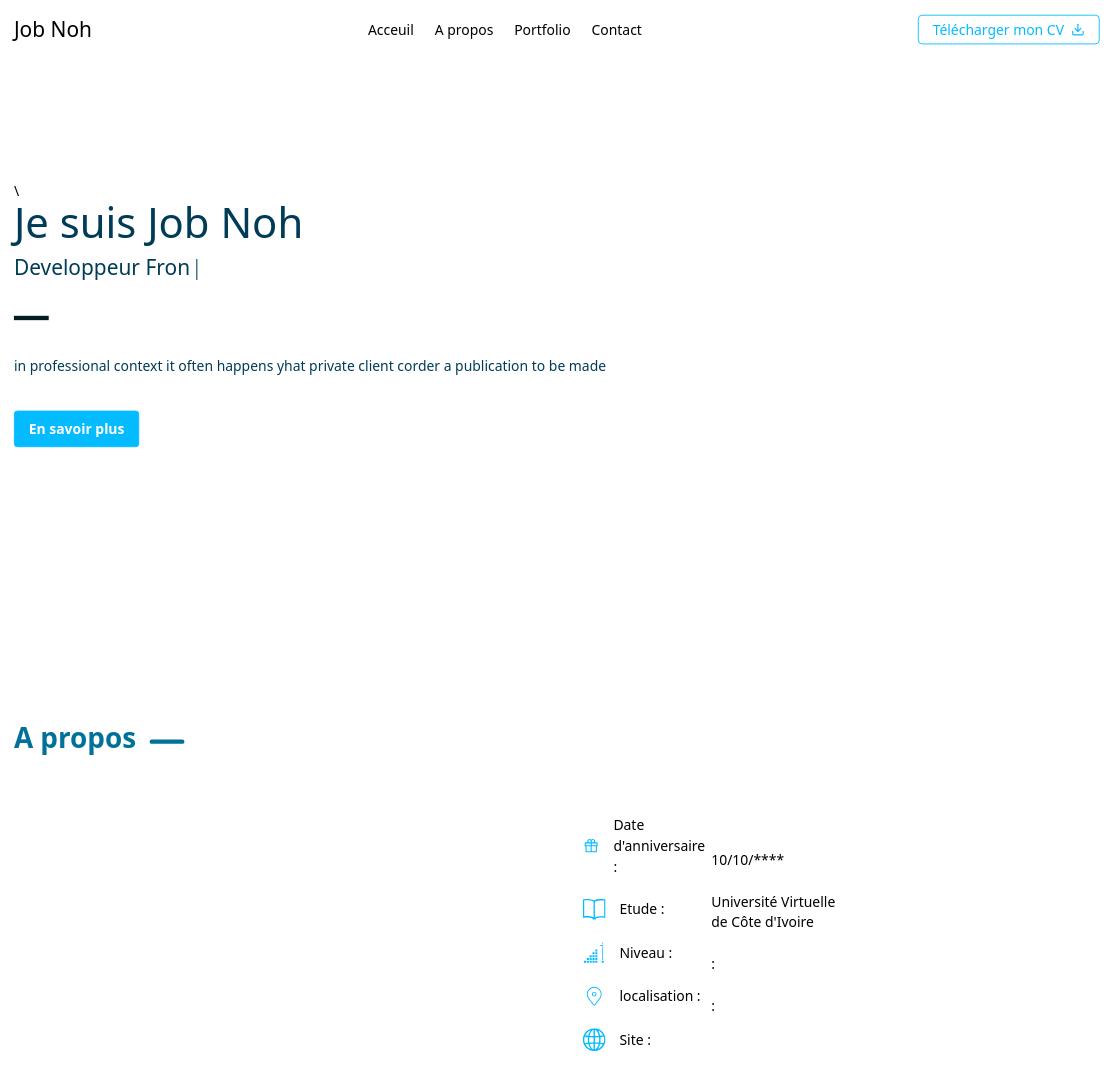
Repository: anoy1010/Nextportfolio
Page: /
An editor plug-in stored every save of this project. The page is shown before and after the next save, followed by the edit.
The browser window is 1280 px wide. The pictures show the whole page, at 87% of full size.
Backgrounds fixed to the window are drawn as part of the page. The project was rebuilt for these pictures with package versions that can differ from the ones it lists, and the page was loaded fresh each time. The framework's server and built-in components were replaced by stand-ins that run in the browser. Also part of the build but not shown: next.config.js, styles/Home.module.css.

Above is the page before, as saved 2023-03-06 17:52:06.

### pages/index.js
import Head from 'next/head'
import Image from 'next/image'
import { Inter } from '@next/font/google'
import styles from '../styles/Home.module.css'
import Navbar from '../components/Navbar'
import Hero from '../components/Hero'
import About from '../components/About'
const inter = Inter({ subsets: ['latin'] })

export default function Home() {
  return (
    <>
      <Head>
        <title>Portfolio | Noh Job</title>
        <meta name="description" content="Generated by create next app" />
        <meta name="viewport" content="width=device-width, initial-scale=1" />
        <link rel="icon" href="/favicon.ico" />
      </Head>

      <header>
        < Navbar />
      </header>

      <main>
        <Hero />
        <About/>
      </main>

    </>
  )
}

### styles/globals.css
@tailwind base;
@tailwind components;
@tailwind utilities;

@layer components {
  .btn{
    @apply bg-[#04bbff] text-white py-2 px-4 rounded inline-block mt-10 font-bold border border-[#04bbff] hover:bg-transparent hover:text-[#04bbff] transition duration-200
  }
}

### components/Navbar.js
import Link from 'next/link'
import React from 'react'
import {FiDownload} from 'react-icons/fi'
import {RiMenu5Line} from 'react-icons/ri'

const Navbar = () => {
  return (
    <div className='bg-white fixed top-0 w-[100%] z-10 '>
        <div className='container mx-auto flex justify-between items-center py-4 px-4'>
            <div className='text-[24px]'>Job Noh</div>

            <div className='hidden md:flex gap-6'>

                <Link href='/Acceuil' className='hover:text-[#04bbff]'>
                    Acceuil
                </Link>
                <Link href='/A propos' className='hover:text-[#04bbff]' >
                    A propos
                </Link>
                <Link href='/Portfolio' className='hover:text-[#04bbff]'>
                    Portfolio
                </Link>
                <Link href='/Contact' className='hover:text-[#04bbff]'>
                    Contact
                </Link>



            </div>

            <a href='#' className='hidden  md:flex border border-[#04bbff] px-4 py-1 text-[#04bbff] rounded-[5px] items-center gap-2 hover:bg-[#04bbff] hover:text-white transition duration-200 '>
                Télécharger mon CV
                <FiDownload/>
                </a>

            <div className='md:hidden text-[24px] '>
                <RiMenu5Line/>
            </div>
        </div>
    </div>
  )
}

export default Navbar

### components/Hero.js
import React from 'react'

import Typewriter, { TypewriterClass } from "typewriter-effect"
import Button from '../components/Button'

const Hero = () => {
  return (
    <div className='bg-[url("")] h-screen bg-cover bg-center bg-fixed flex items-center'>
        <div className='container mx-auto px-4'>\
            <div className='max-x-[450px] text-[#003c57] flex flex-col gap-[40px]'>
                <div>
                    <h1 className='text-5xl'>
                        Je suis Job Noh
                    </h1>
                    <h4 className=' text-2xl mt-3'>
                        <Typewriter
                            options = {{
                                strings: [
                                    "Developpeur Front-end",
                                    "Developpeur Back-end",
                                    "Analyste de donnée",
                                    "Chef de projet",
                                    "Graphic designer",
                                    "Developpeur mobile"
                                ],
                                changeDelay:3,
                                changeDeleteSpeed:2,
                                autoStart:true,
                                loop:true,
                            }}
                        />
                    </h4>
                </div>

                <div className='bg-[#051c24] h-[5px] w-[40px] '>
                </div>

                <div>
                    <p>
                    in professional context it often happens yhat private client
                    corder a publication to be made
                    </p>
                    <Button link="#" text="En savoir plus" />
                </div>

            </div>

        </div>
    </div>
  )
}

export default Hero

### components/About.js
import React from 'react'
import Heading from './Heading'


import {AiOutlineGift} from 'react-icons/ai'
import {TfiBook} from 'react-icons/tfi'
import {SlGlobe} from 'react-icons/sl'
import {CiLocationOn} from 'react-icons/ci'
import {GiLevelEndFlag} from 'react-icons/gi'

const About = () => {
  return (
    <section className='container mx-auto py-10 px-4'>

        <Heading title="A propos"/>

        <div className='grid grid-cols-1 md:grid-cols-2 gap-[60px]'>

            <div>
                <img className='w-[400px]' src="/" alt="" />
            </div>
            <div>
                <div className='flex items-center justify-between w-[300px]'>
                    <div className='flex flex-col gap-6'>

                        <div className='flex gap-4 items-center font-medium '>
                            <AiOutlineGift className='text-[#04bbff] text-[26px]' />
                            Date d'anniversaire :
                        </div>
                        <div className='flex gap-4 items-center font-medium '>
                            <TfiBook className='text-[#04bbff] text-[26px]' />
                            Etude :
                        </div>
                        <div className='flex gap-4 items-center font-medium '>
                            <GiLevelEndFlag className='text-[#04bbff] text-[26px]' />
                            Niveau :
                        </div>
                        <div className='flex gap-4 items-center font-medium '>
                            <CiLocationOn className='text-[#04bbff] text-[26px]' />
                            localisation :
                        </div>
                        <div className='flex gap-4 items-center font-medium '>
                            <SlGlobe className='text-[#04bbff] text-[26px]' />
                            Site :
                        </div>

                    </div>



                    <div className='flex flex-col gap-6 text-[#051c24]-600'>
                        <div>10/10/****</div>
                        <div>Université Virtuelle de Côte d'Ivoire</div>
                        <div>:</div>
                        <div>:</div>

                    </div>

                </div>
            </div>
        </div>

    </section>
  )
}

export default About

### components/Button.js
import React from 'react'

const Button = ({text, link}) => {
  return (
    <a href={link}className='btn'>{text}</a>
  )
}

export default Button

### components/Heading.js
import React from 'react'

const Heading = ({title}) => {
  return (
    <div className='text-[#007198] text-[32px] font-bold flex items-center gap-4 py-16'>
        {title}
        <div className='bg-[#007198] h-[5px] w-[40px] translate-y-1 rounded'></div>
    </div>
  )
}

export default Heading

Loaded but not shown: pages/_app.js (common file); pages/_document.js (common file); tailwind.config.js (common file)

After the next save:
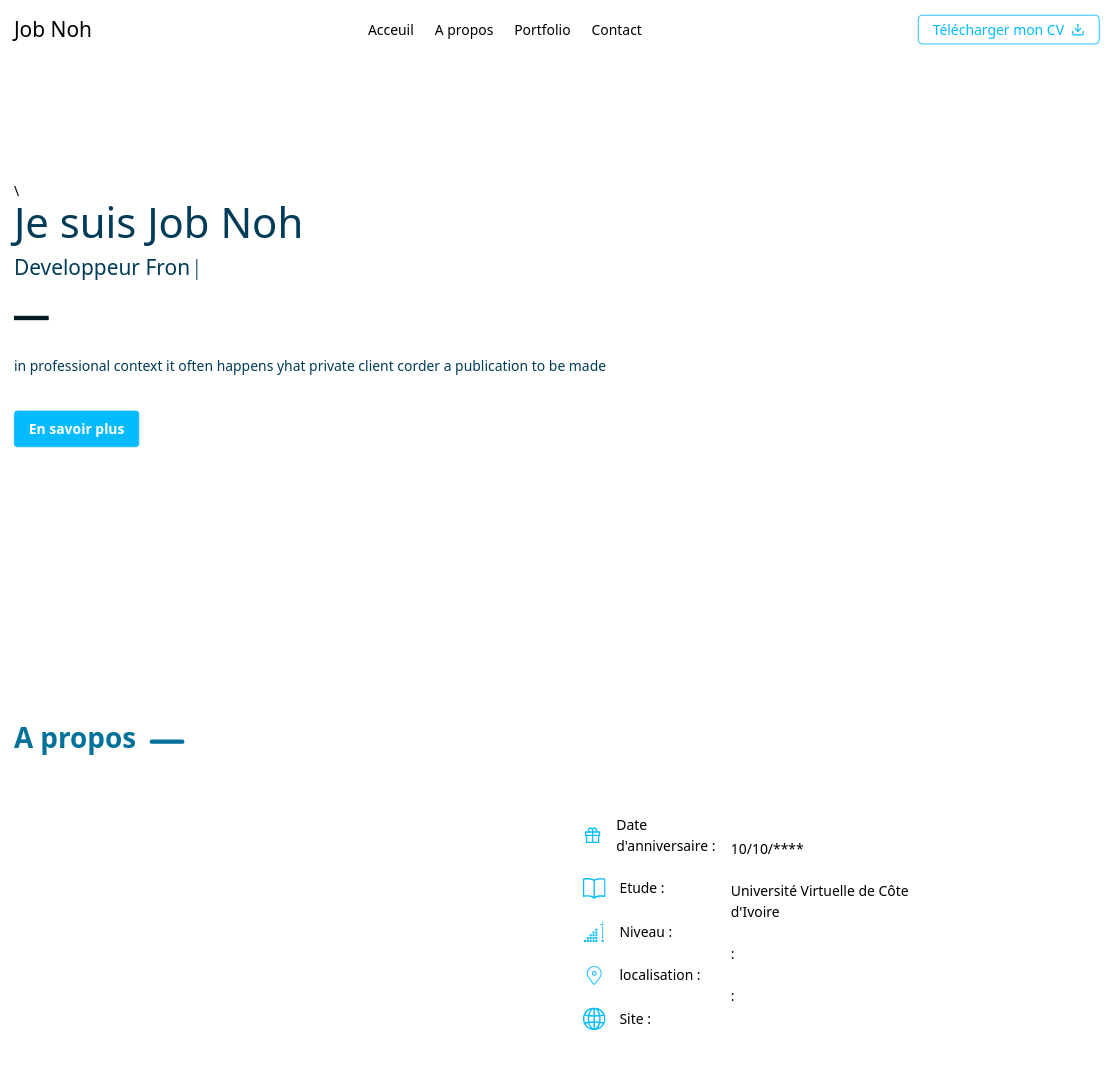
Saved 17 s later.
--- a/components/About.js
+++ b/components/About.js
@@ -20,7 +20,7 @@ const About = () => {
                 <img className='w-[400px]' src="/" alt="" />
             </div>
             <div>
-                <div className='flex items-center justify-between w-[300px]'>
+                <div className='flex items-center justify-between w-[400px]'>
                     <div className='flex flex-col gap-6'>
 
                         <div className='flex gap-4 items-center font-medium '>
